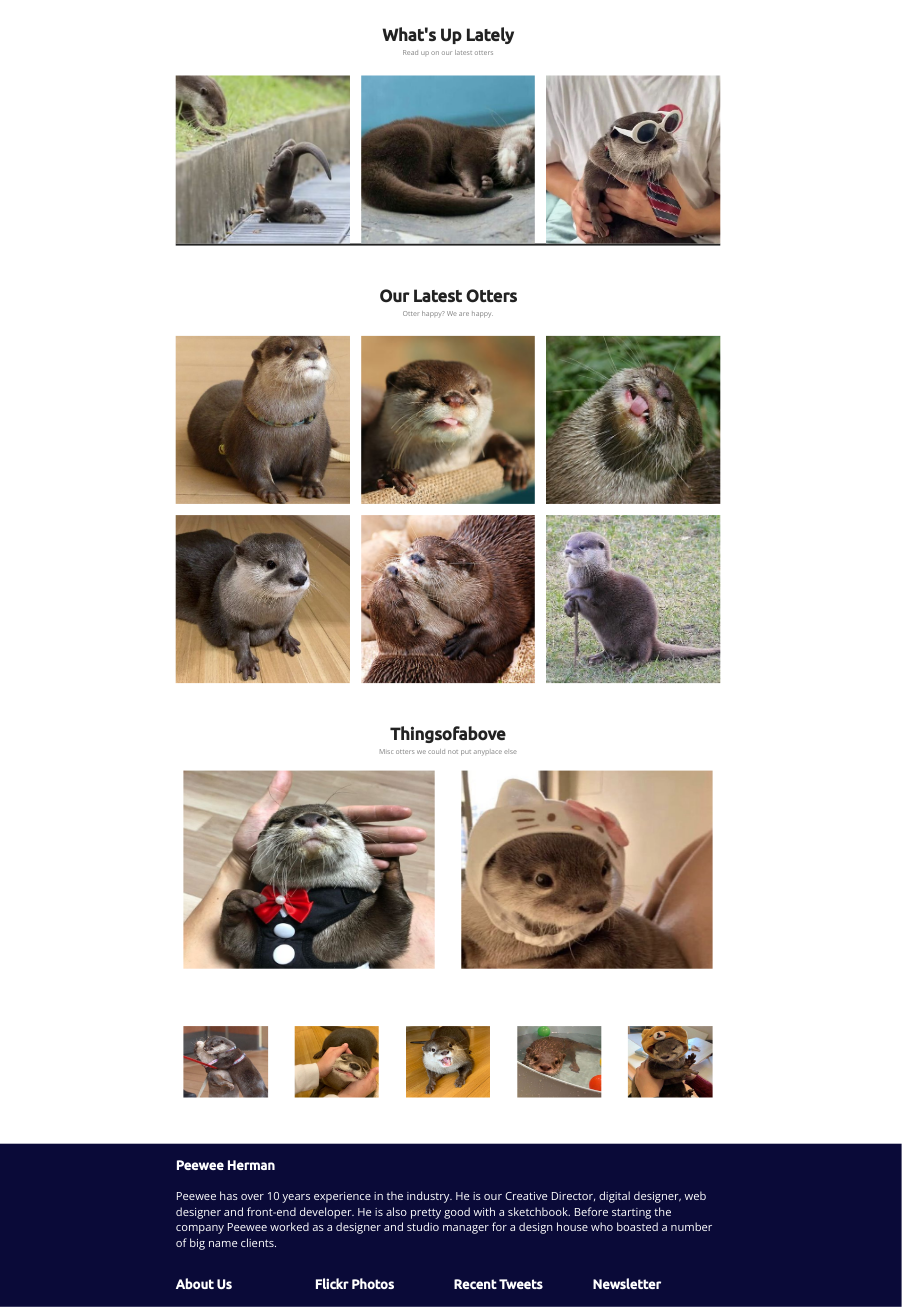
Repository: kennyharman/Marlowe_Kenny_Lab_02B
Page: index.html
These files come from the project's save history. The page is drawn as it stood at one moment and after the next save; the edit follows.
The browser window is 1280 px wide. The page is 1296 px wide, so the pictures cover 1296 px, including what lies to the right of the window. The pictures show the part of the page from y = 947 to 2827 px (the page is 2822 px tall before and 2827 px after), at 70% of full size.

Above is the page before, as saved 2024-02-08 20:13:24.

After the next save:
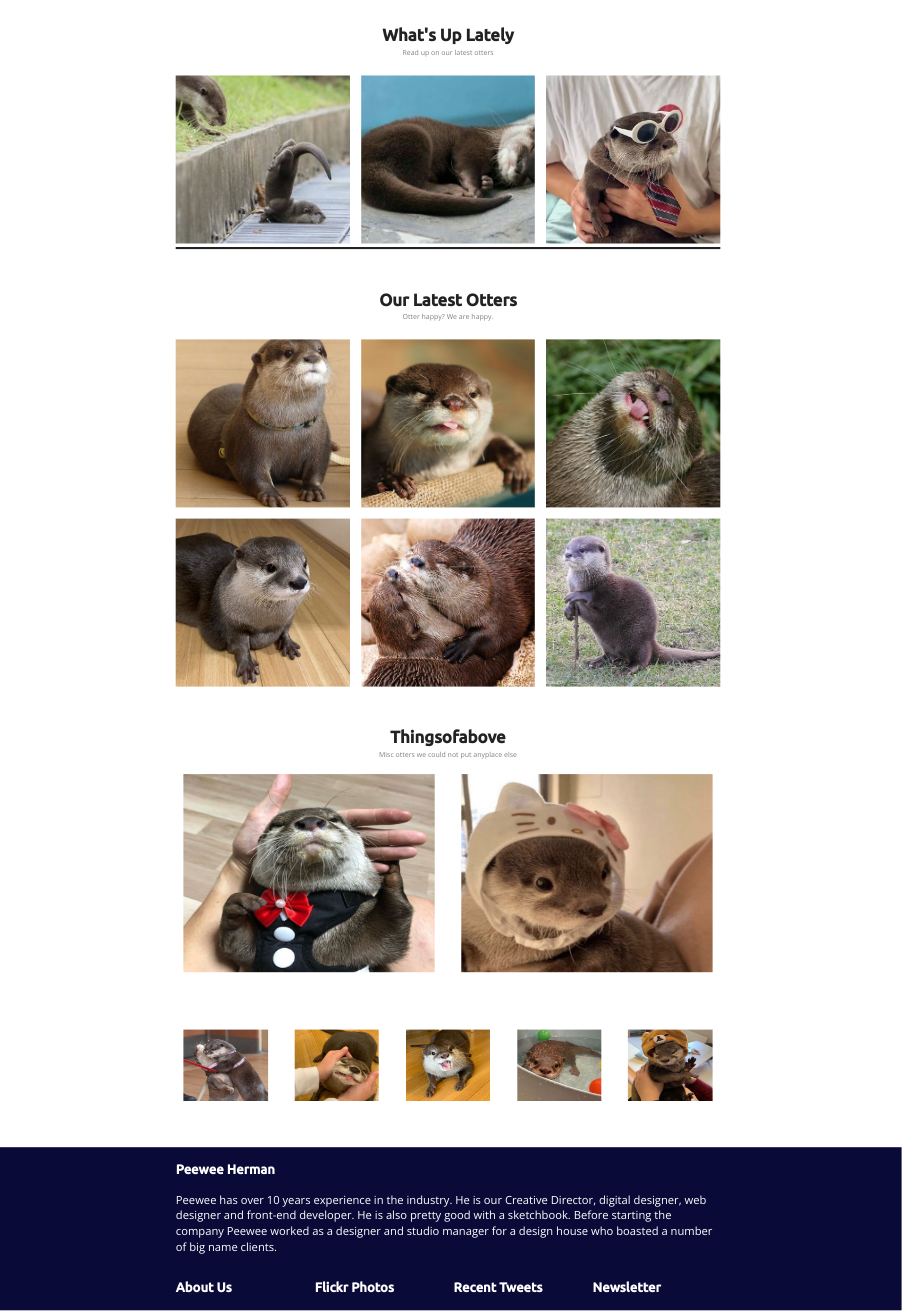
Saved 11 s later.
--- a/css/style.css
+++ b/css/style.css
@@ -418,7 +418,7 @@ p {
 
 .section-work {
   border-bottom: 3px solid;
-  margin-bottom: 5px;
+  padding-bottom: 5px;
 }
 
 /* Small only */
